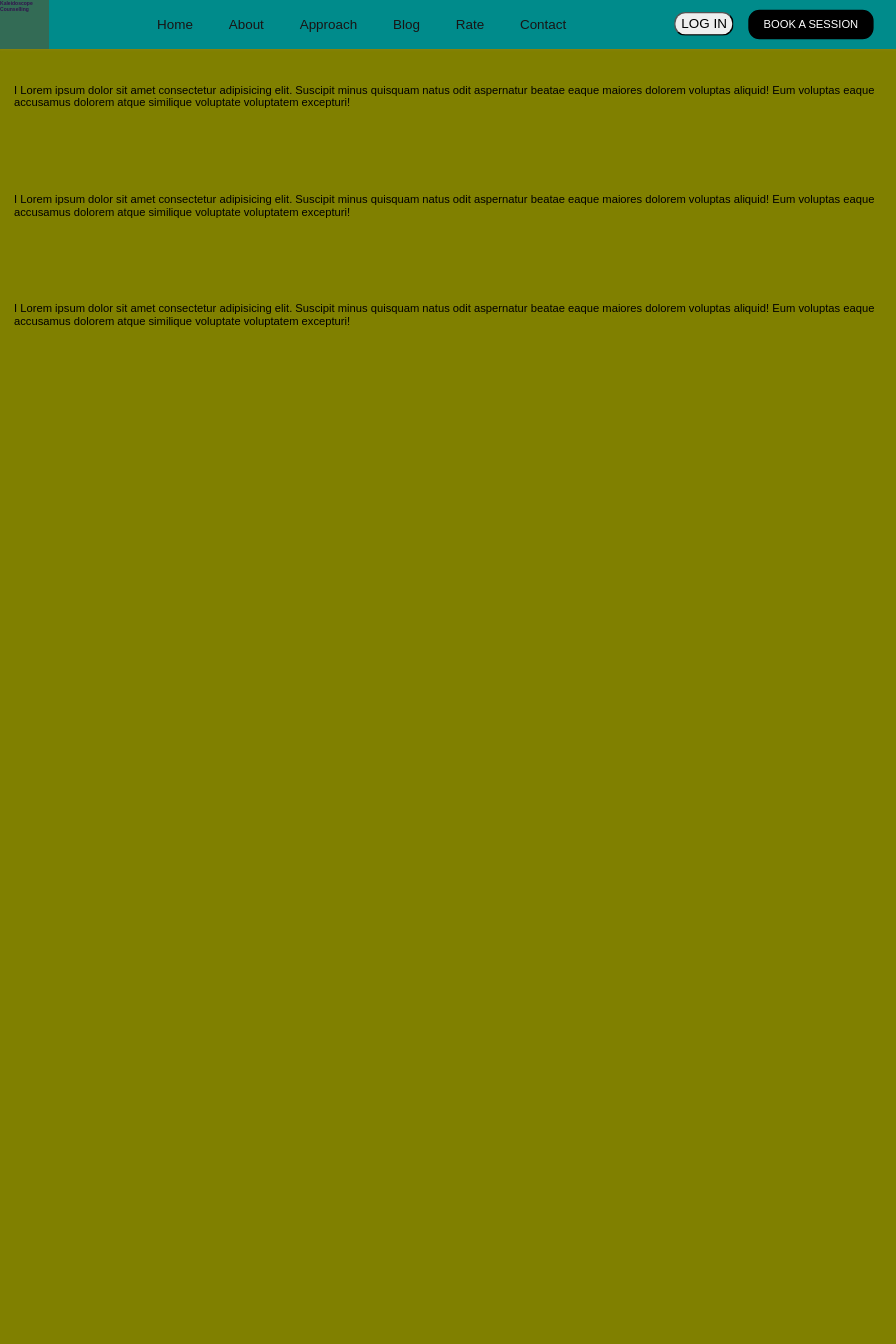
Repository: voutadi/ava-website
Page: index.html
An editor plug-in stored every save of this project. The page is shown before and after the next save, followed by the edit.
The browser window is 1280 px wide. The pictures show the part of the page from y = 0 to 1920 px (the page is 3120 px tall), at 70% of full size.

Above is the page before, as saved 2024-11-24 21:55:46.

After the next save:
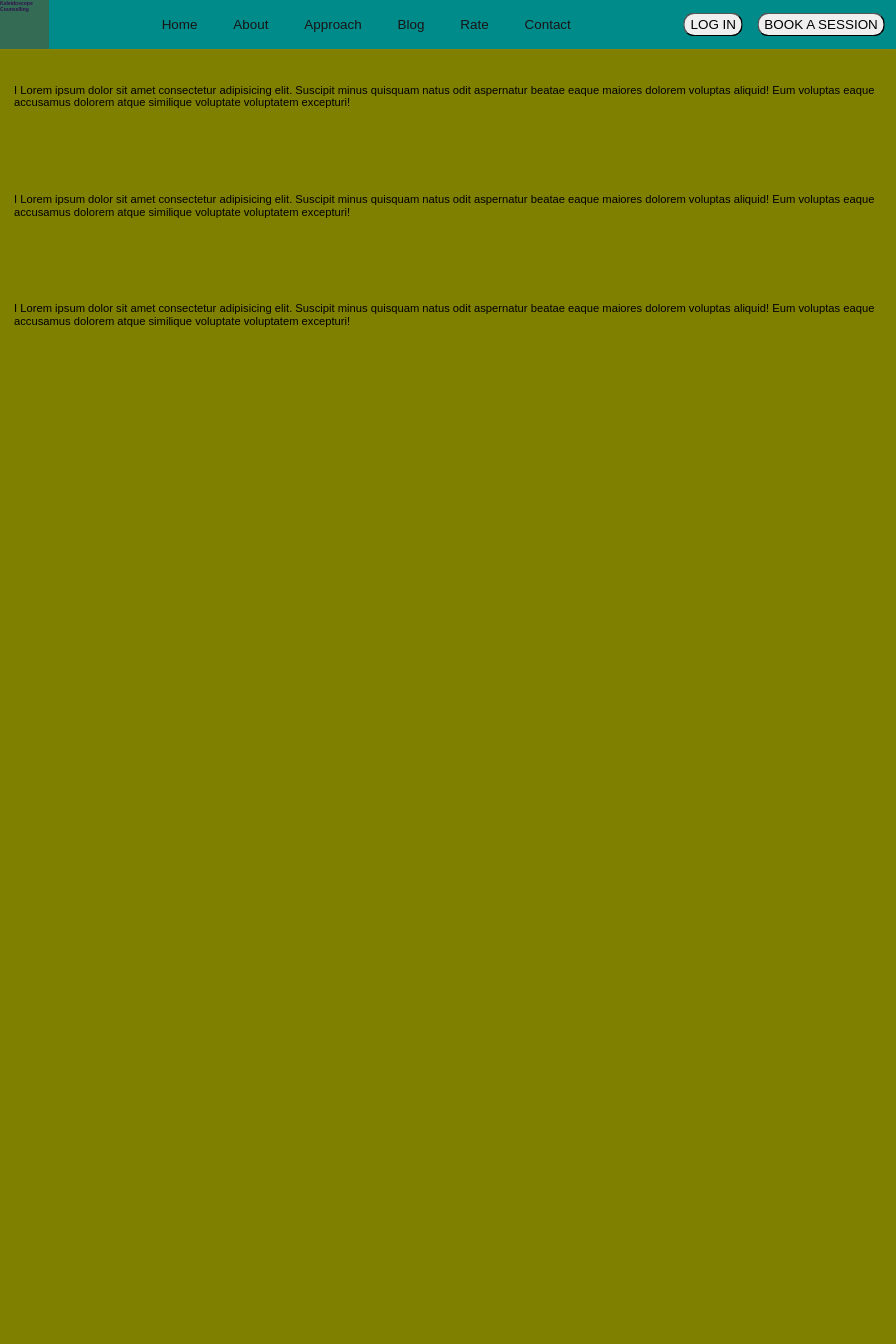
Saved 12 s later.
--- a/styles/style.css
+++ b/styles/style.css
@@ -71,15 +71,7 @@
 }
 
 .book-session {
-  background-color: black;
-  color: rgb(255, 255, 255);
-  font-size: 1rem;
-  padding: 10px 20px;
-  margin-right: 2rem;
-  border-width: 2px;
-  border-style: solid;
 
-  cursor: pointer;
 }
 button:hover {
   background-color: white;
